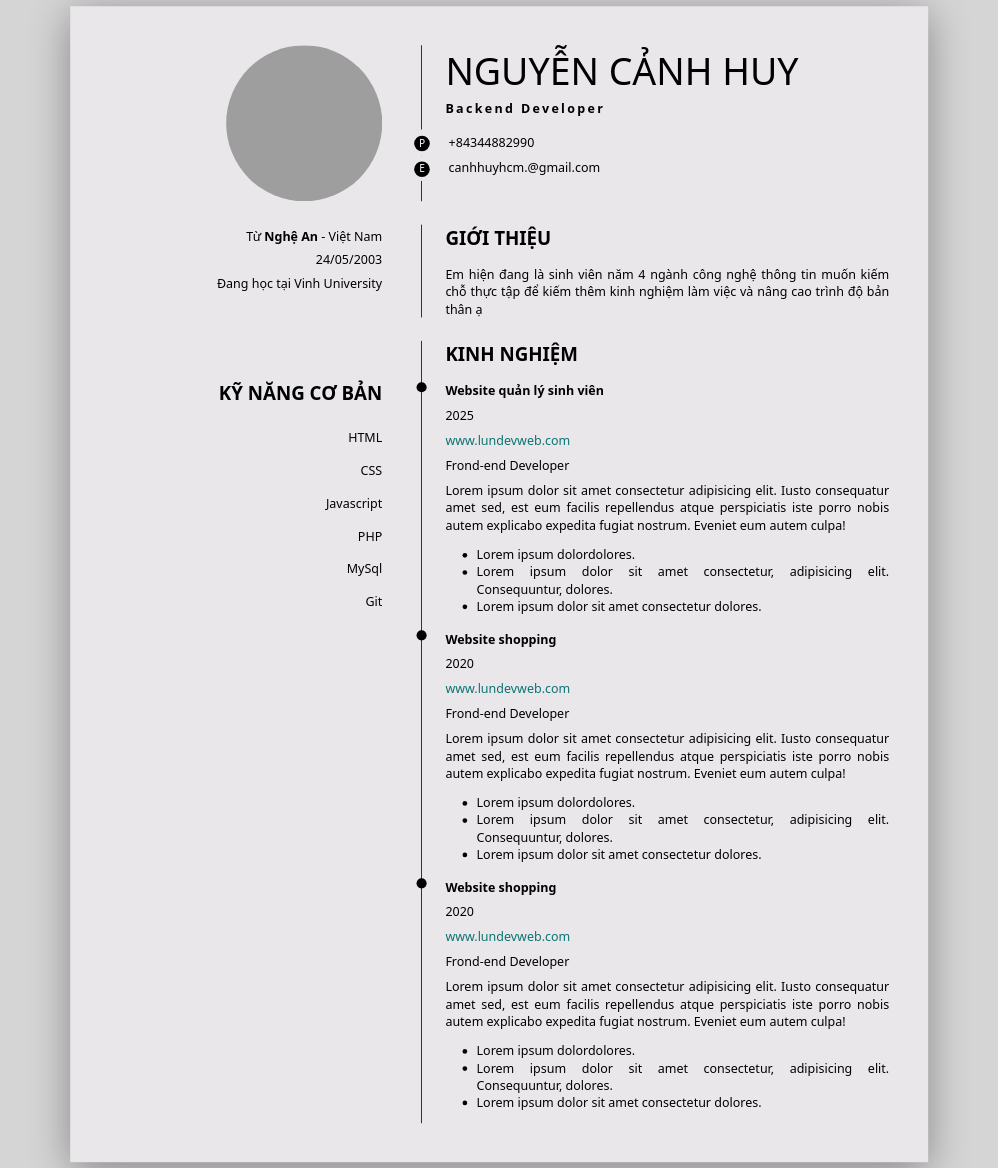
Repository: huycodedie/cv-intern
Page: index.html
An editor plug-in stored every save of this project. The page is shown before and after the next save, followed by the edit.
The browser window is 1280 px wide. The pictures show the whole page, at 78% of full size.
Pictures or frames that could not be fetched are drawn as grey boxes.

Above is the page before, as saved 2025-07-05 23:24:21.

### index.html

    <!DOCTYPE html>
    <html lang="en">
    <head>
        <meta charset="UTF-8">
        <meta http-equiv="X-UA-Compatible" content="IE=edge">
        <meta name="viewport" content="width=device-width, initial-scale=1.0">
        <title>Document</title>
        <link rel="stylesheet" href="style.css">
        <link rel="stylesheet" href="https://cdnjs.cloudflare.com/ajax/libs/font-awesome/6.2.1/css/all.min.css">
    </head>
    <body>
        <div class="container">
           <div class="avatar">
            <img src="https://i.pinimg.com/564x/eb/57/6f/eb576ff023487bcb1fa3ad61ee7b23ee.jpg" alt="">
           </div>
           <div class="name">
                <h1>NGUYỄN CẢNH HUY</h1>
                <div class="specialize"> Backend Developer</div>
                <ul class="contact">
                    <li>
                        <span>P</span> +84344882990
                    </li>
                    <li>
                        <span>E</span> canhhuyhcm.@gmail.com
                    </li>
                </ul>
           </div>
           <div class="info">
                <ul>
                    <li>Từ <b>Nghệ An</b> - Việt Nam</li>
                    <li>24/05/2003</li>
                    <li>Đang học tại Vinh University</li>
                </ul>
           </div>
           <div class="intro">
            <h2>GIỚI THIỆU</h2>
            Em hiện đang là sinh viên năm 4 ngành công nghệ thông tin muốn kiếm chỗ thực tập để kiếm thêm kinh nghiệm làm việc và nâng cao trình độ bản thân ạ
           </div>
           <div class="experience">
                <h2 class="skills">
                    KỸ NĂNG CƠ BẢN
                </h2>
                <ul>
                    <li>HTML</li>
                    <li>CSS</li>
                    <li>Javascript</li>
                    <li>PHP</li>
                    <li>MySql</li>
                    <li>Git</li>
                </ul>

           </div>
           <div class="project">
            <h2>KINH NGHIỆM</h2>
            <div class="item">
                <h4>Website quản lý sinh viên</h4>
                <div class="time">
                    2025
                </div>
                <div class="web">
                    www.lundevweb.com
                </div>
                <div class="location">
                    Frond-end Developer
                </div>
                <div class="des">
                    Lorem ipsum dolor sit amet consectetur adipisicing elit. Iusto consequatur amet sed, est eum facilis repellendus
                    atque perspiciatis iste porro nobis autem explicabo expedita fugiat nostrum. Eveniet eum autem culpa!
                    <ul>
                        <li>Lorem ipsum dolordolores.</li>
                        <li>Lorem ipsum dolor sit amet consectetur, adipisicing elit. Consequuntur, dolores.</li>
                        <li>Lorem ipsum dolor sit amet consectetur dolores.</li>
                    </ul>
                </div>
            </div>

            <div class="item">
                <h4>Website shopping</h4>
                <div class="time">
                    2020
                </div>
                <div class="web">
                    www.lundevweb.com
                </div>
                <div class="location">
                    Frond-end Developer
                </div>
                <div class="des">
                    Lorem ipsum dolor sit amet consectetur adipisicing elit. Iusto consequatur amet sed, est eum facilis repellendus
                    atque perspiciatis iste porro nobis autem explicabo expedita fugiat nostrum. Eveniet eum autem culpa!
                    <ul>
                        <li>Lorem ipsum dolordolores.</li>
                        <li>Lorem ipsum dolor sit amet consectetur, adipisicing elit. Consequuntur, dolores.</li>
                        <li>Lorem ipsum dolor sit amet consectetur dolores.</li>
                    </ul>
                </div>
            </div>

            <div class="item">
                <h4>Website shopping</h4>
                <div class="time">
                    2020
                </div>
                <div class="web">
                    www.lundevweb.com
                </div>
                <div class="location">
                    Frond-end Developer
                </div>
                <div class="des">
                    Lorem ipsum dolor sit amet consectetur adipisicing elit. Iusto consequatur amet sed, est eum facilis repellendus
                    atque perspiciatis iste porro nobis autem explicabo expedita fugiat nostrum. Eveniet eum autem culpa!
                    <ul>
                        <li>Lorem ipsum dolordolores.</li>
                        <li>Lorem ipsum dolor sit amet consectetur, adipisicing elit. Consequuntur, dolores.</li>
                        <li>Lorem ipsum dolor sit amet consectetur dolores.</li>
                    </ul>
                </div>
            </div>
           </div>
        </div>

    </body>
    </html>

### style.css

    body{
        background-color: #D5D5D5;
        font-family: system-ui;
    }
    .container{
        background-color: #E9E7EA;
        width:1000px;
        max-width: 100%;
        margin:auto;
        padding:50px;
        box-shadow: 0 10px 50px #858585;
        display: grid;
       grid-template-columns: 35% 60%;
       column-gap: 5%;
       row-gap: 30px;
    }

    .avatar img{
        width:200px;
        height:200px;
        object-fit: cover;
        border-radius: 50%;
    }
    .avatar{
        display: flex;
        justify-content: end;
        align-items: center;
    }
    .name{
        padding-left: 30px;
        border-left:1px solid #000;
    }
    .name h1{
        font-weight: 300;
        font-size: xxx-large;
        margin:0px 0 5px ;
    }
    .name .specialize{
        margin:0;
        font-weight: bold;
        letter-spacing: 3px;
    }
    .name .contact{
        padding:0;
        list-style: none;
    }
    .name .contact span{
        display: inline-block;
        background-color: #000;
        width:20px;
        height:20px;
        color:#fff;
        text-align: center;
        border-radius: 50%;
        font-size: small;
        margin-right: 20px;
    }
    .name .contact li{
        padding:5px 0;
        transform: translate(-40px);
        background-color: #E9E7EA;
    }
    .info ul{
        padding: 0;
        margin: 0;
        list-style: none;
        text-align: right;
        line-height: 30px;
    }

    h2{
        padding:0;
        margin: 0 0 20px 0;
    }
    .intro{
        padding-left: 30px;
        border-left: 1px solid #000;
        text-align: justify;
    }
    .experience{
        text-align: right;
    }
    .experience h4{
        margin:20px 0 10px;
    }
    .skills{
        margin-top:  50px;
    }
    .experience ul{
        padding:0;
        margin: 0;
    list-style: none;
    }
    .experience li{
        padding:10px 0;
    }
    .project{
        padding-left: 30px;
        text-align: justify;
        border-left: 1px solid #000;
    }
    .project h4{
        margin:20px 0 10px;
    }
    .project .web{
        color: #0c7373;
        padding:10px 0;
    }
    .project .location{
        font-weight: 500;
        padding-bottom:10px;
    }
    .project .item{
        position: relative;
    }
    .project .item::before{
        position: absolute;
        width:13px;
        height: 13px;
        background-color: #000;
        content: '';
        border-radius: 50%;
        left: -37px;
    }

After the next save:
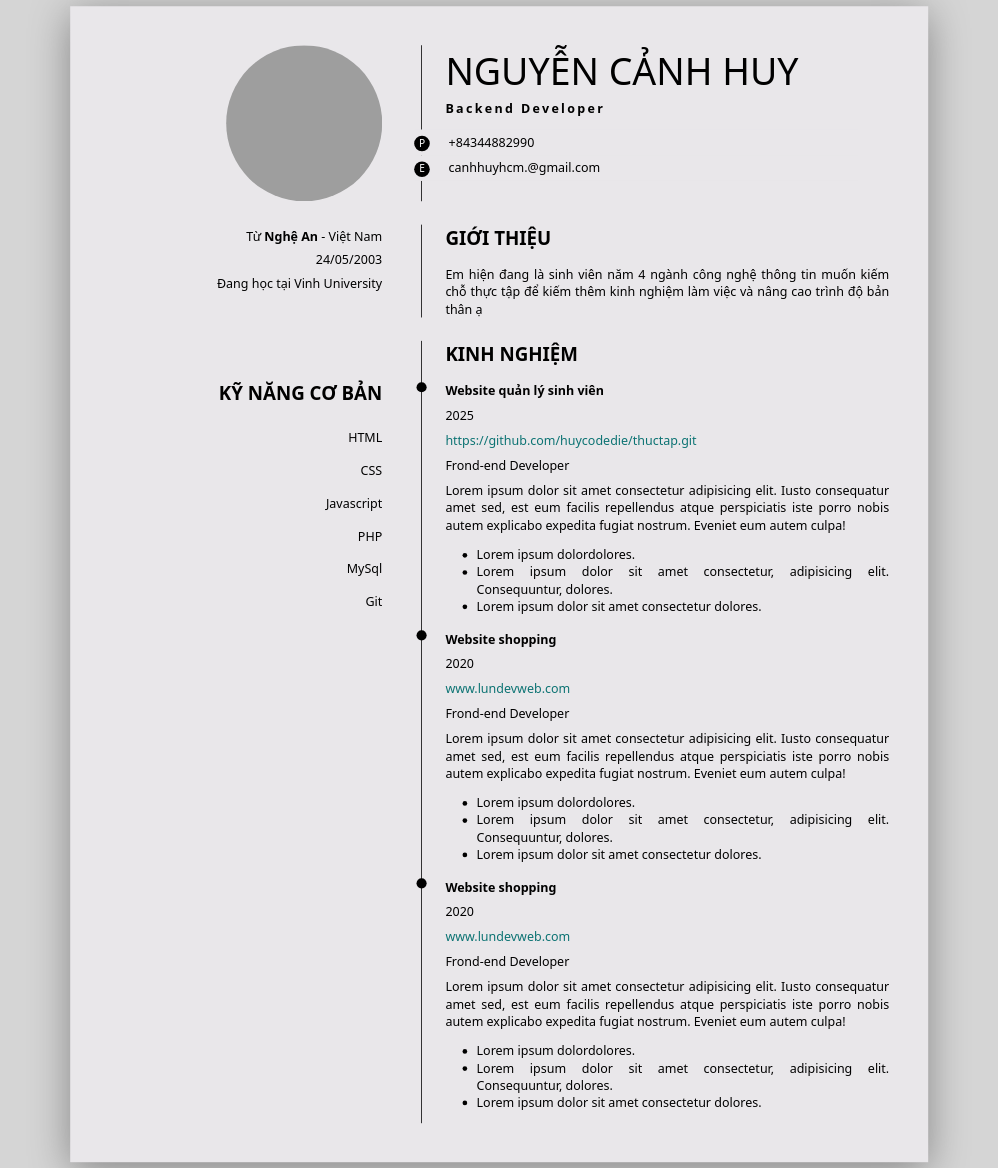
Saved 13 s later.
--- a/index.html
+++ b/index.html
@@ -59,7 +59,7 @@
                     2025
                 </div>
                 <div class="web">
-                    www.lundevweb.com
+                    https://github.com/huycodedie/thuctap.git
                 </div>
                 <div class="location">
                     Frond-end Developer
